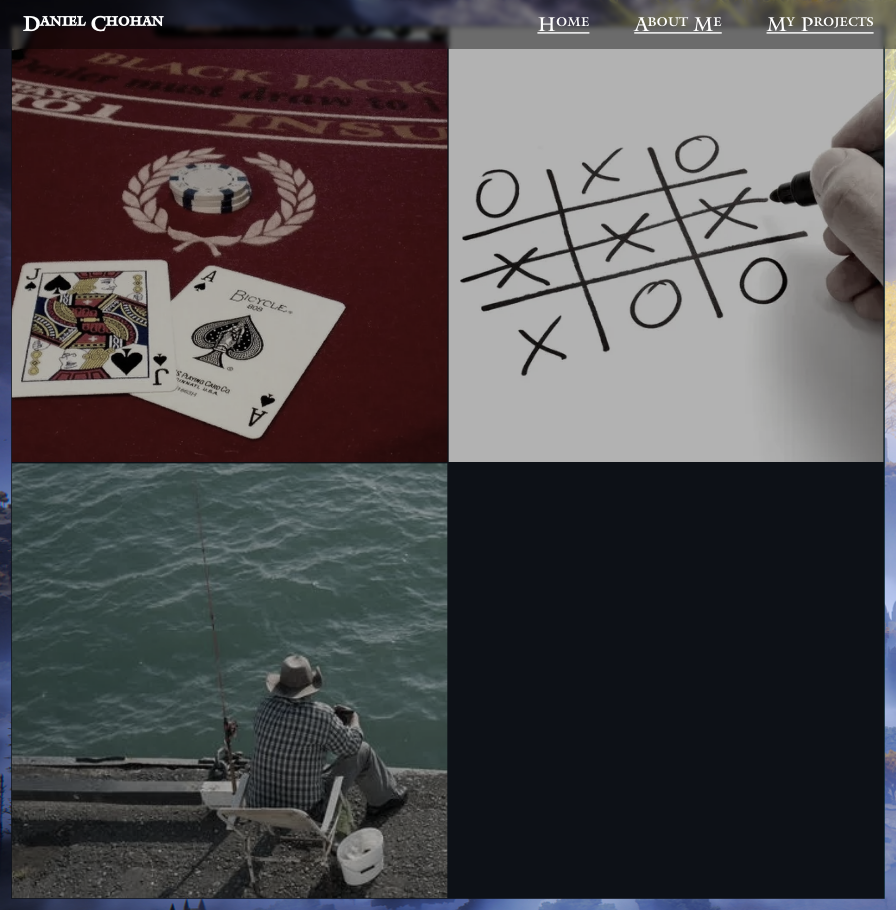
Repository: danielchohan/danielchohan
Page: pages/projects.html
These files come from the project's save history. The page is drawn as it stood at one moment and after the next save; the edit follows.
The browser window is 1280 px wide. The pictures show the whole page, at 70% of full size.

Above is the page before, as saved 2026-05-08 18:10:01.

After the next save:
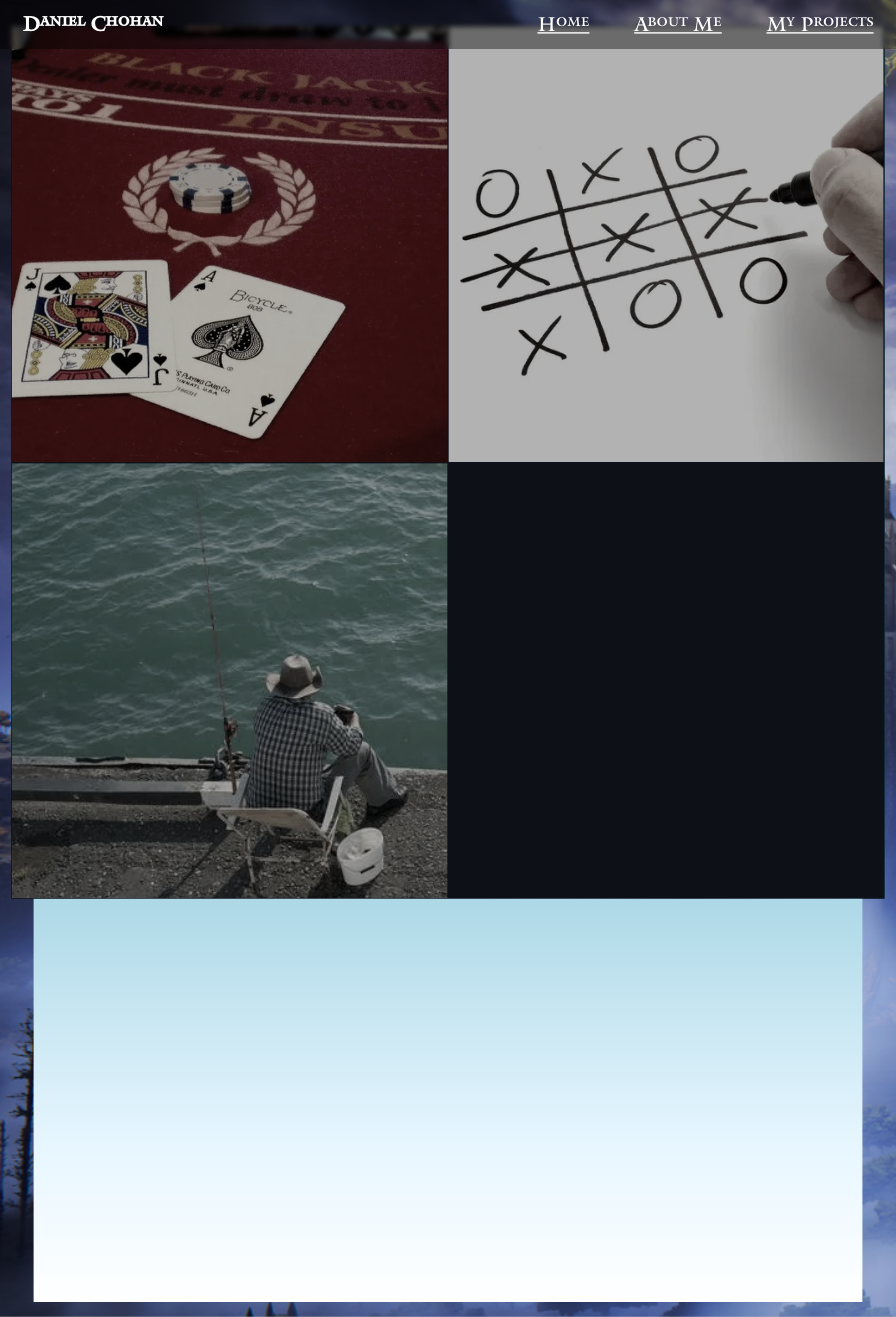
Saved 3 min 2 s later.
--- a/pages/projects.html
+++ b/pages/projects.html
@@ -38,6 +38,14 @@
                 <img  alt="Man fishing seated, serves as icon for fishing game" src="../assets/images/fishingicon.jpg">
             </a>
         </aside>
+
+
+        <main class="mainview">
+
+            <iframe name="projectframe" src="blackjack.html" title="Project Viewer">
+            </iframe>
+
+        </main>
     </div>
 
 </section>
